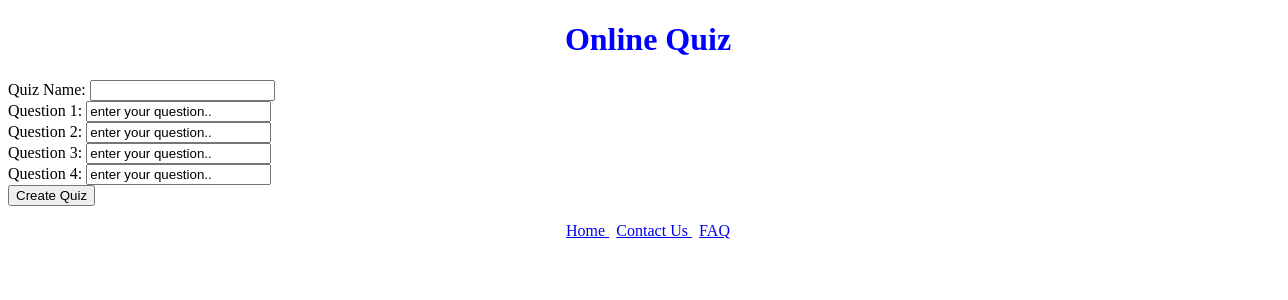
Repository: KaushikVeluruWorld/KaushikJava
Page: http://localhost/OnlineQuiz/viewQuiz.jsp
These files come from the project's save history. The page is drawn as it stood at one moment and after a run of saves; the edit follows.
The browser window is 1280 px wide. The page is 1288 px wide, so the pictures cover 1288 px, including what lies to the right of the window. The pictures show the whole page.
The page is served by Tomcat 9.

Above is the page before, as saved 2014-12-24 07:53:08.

After the next 4 saves:
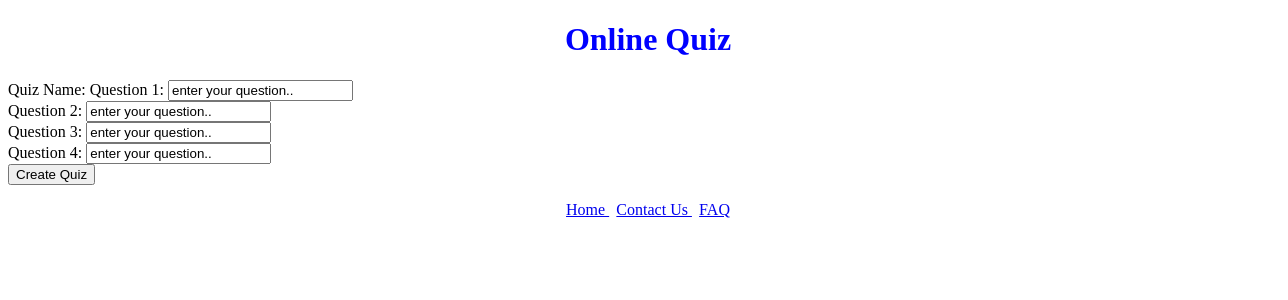
The 4 saves are shown as one change because 1 did not build or start and some came seconds apart.
The last was saved 42 s later.
--- a/Online Quiz Tool/OnlineQuiz/WebContent/viewQuiz.jsp
+++ b/Online Quiz Tool/OnlineQuiz/WebContent/viewQuiz.jsp
@@ -11,7 +11,7 @@
 
 <jsp:include page="header.jsp"></jsp:include>
 <form action="viewQuiz.jsp" method="POST">
-Quiz Name: <input name="quizname" type="text"></input> <br/>
+Quiz Name: <%request.getParameter("quizname");%>
 Question 1: <input type="text" name="qn1" value="enter your question.."/><br/>
 Question 2: <input type="text" name="qn2" value="enter your question.."/><br/>
 Question 3: <input type="text" name="qn3" value="enter your question.."/><br/>
